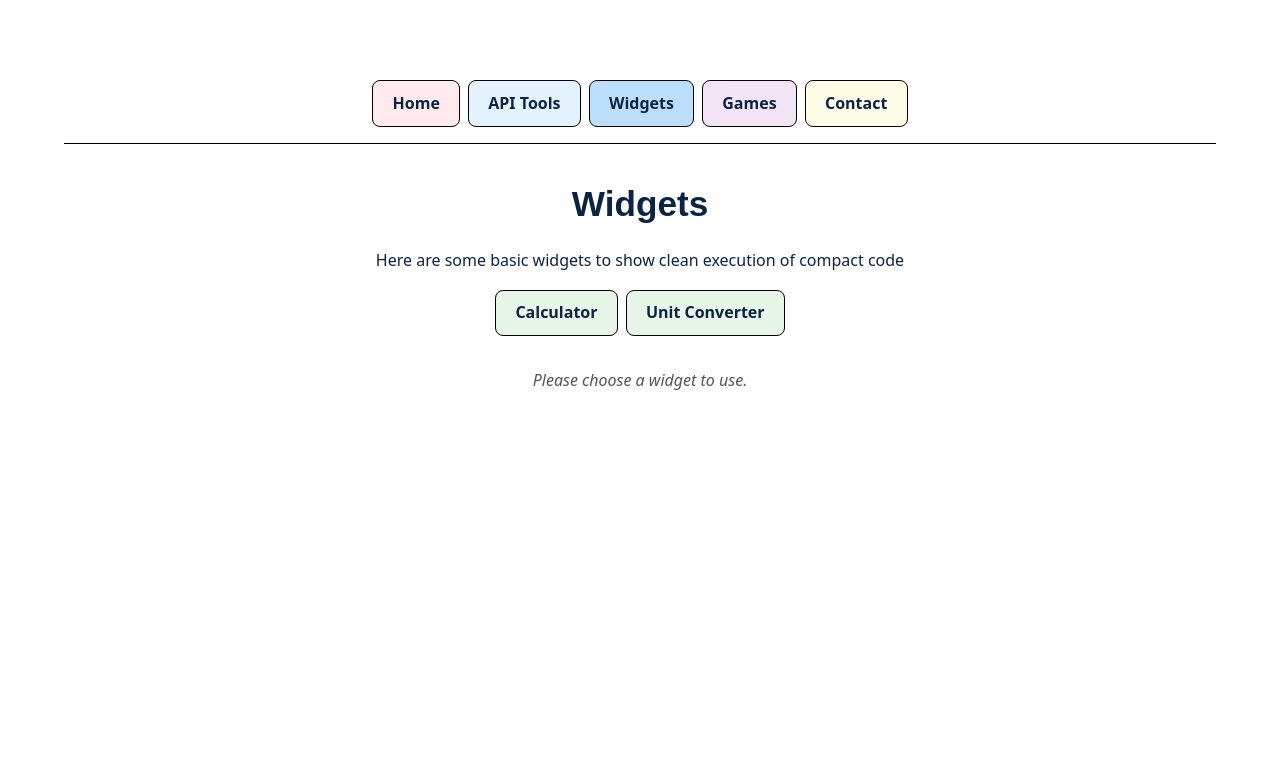
Repository: ourshadetree/TimPortfolio
Page: /widgets
These files come from the project's save history. The page is drawn as it stood at one moment and after the next save; the edit follows.
The browser window is 1280 px wide. The pictures show the whole page.
The project was rebuilt for these pictures with package versions that can differ from the ones it lists, and the page was loaded fresh each time. Also part of the build but not shown: vite.config.js, src/views/HomeView.vue, src/components/MovieApi.vue, src/components/WeatherApi.vue, src/views/ApiTools.vue, src/components/Calculator.vue, src/components/UnitConverter.vue, src/components/RockPaperScissors.vue and 3 more. Imported but missing from the stored project, and not drawn on this page: src/assets/CurrentResumeTimSB.pdf.

Above is the page before, as saved 2025-05-07 14:43:16.

After the next save:
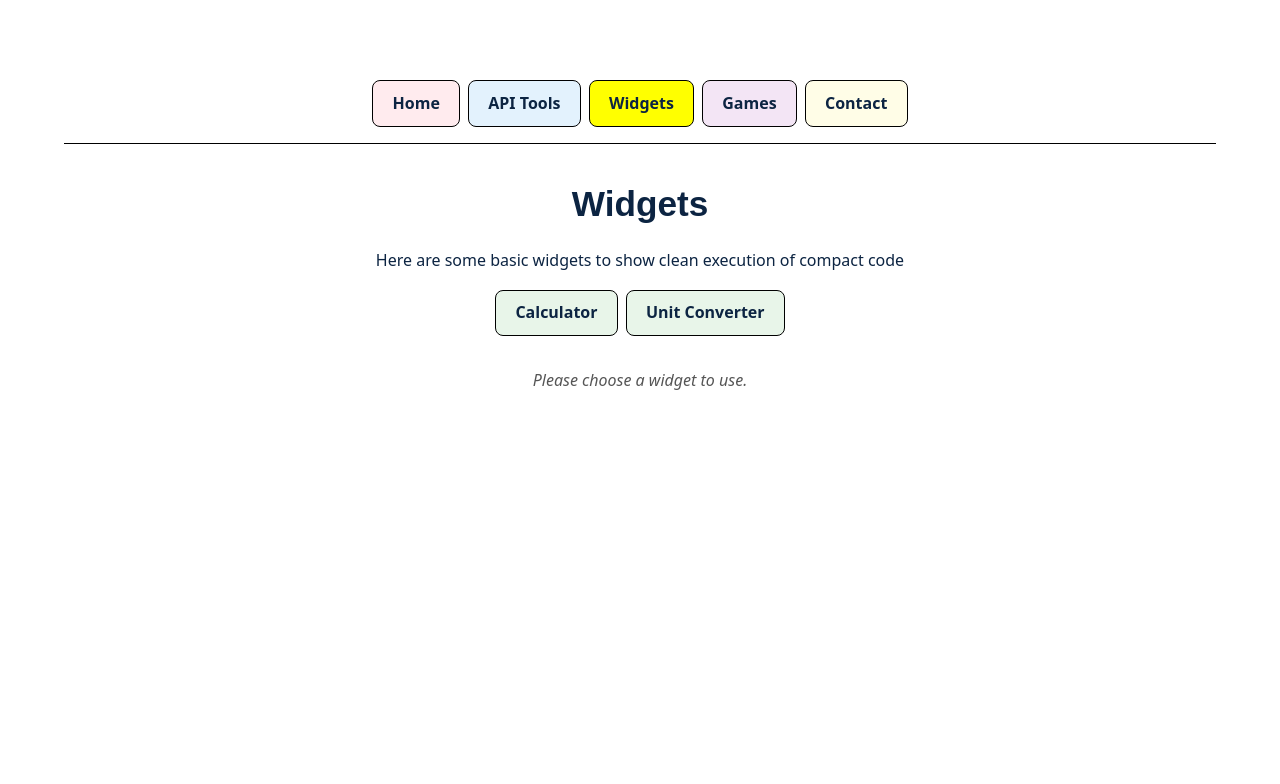
Saved 3 min 48 s later.
--- a/src/assets/style.css
+++ b/src/assets/style.css
@@ -83,7 +83,7 @@ nav {
 /* Active tab override */
 .router-link-active {
   /* pastel‑blue highlight for whichever is active */
-  background: #BBDEFB !important;
+  background: yellow !important;
 }
 
 /* 5) -------- Buttons & Links -------- */

After the 5 saves that followed:
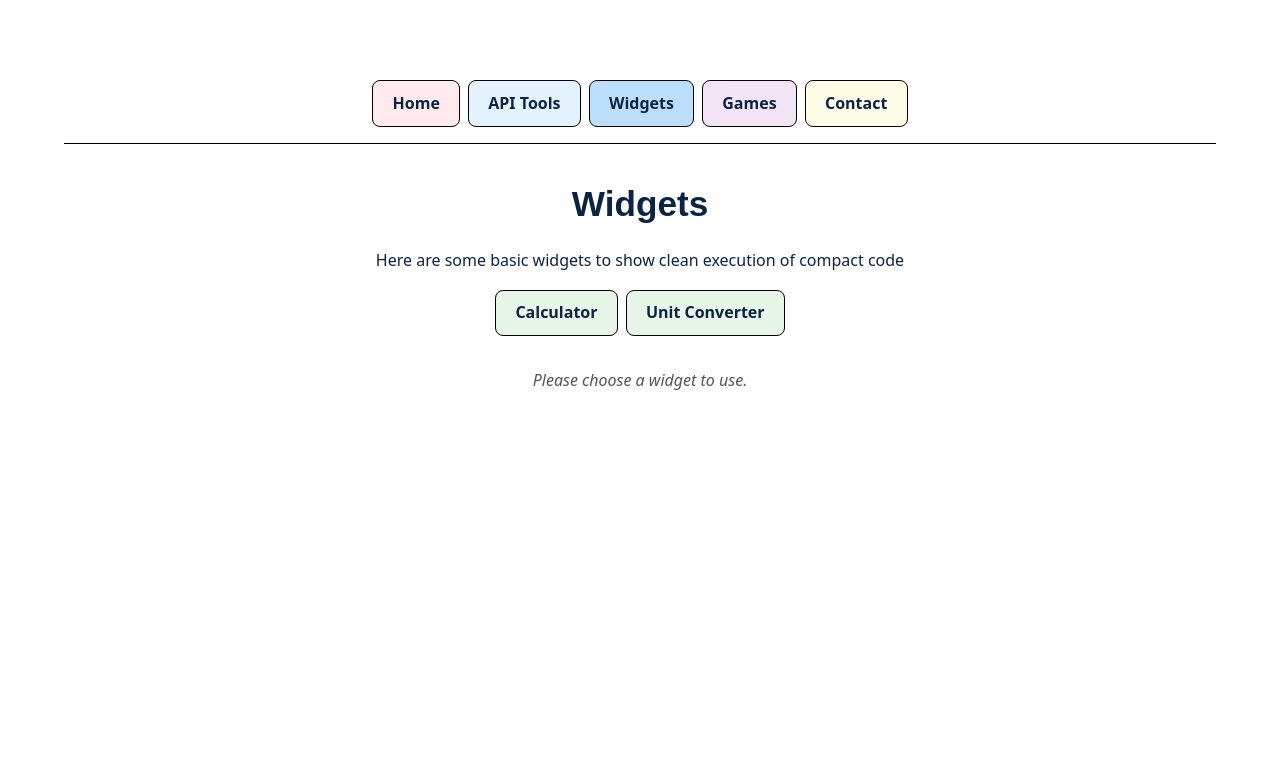
The 5 saves are shown as one change because 4 left the picture as it was.
The last was saved 5 min 27 s later.
--- a/src/App.vue
+++ b/src/App.vue
@@ -1,27 +1,49 @@
-<!-- src/App.vue -->
 <template>
   <div id="app">
     <header>
       <nav>
-        <router-link to="/"       class="tab tab--home">Home</router-link>
-        <router-link to="/api-tools" class="tab tab--api">API Tools</router-link>
-        <router-link to="/widgets"   class="tab tab--widgets">Widgets</router-link>
-        <router-link to="/games"     class="tab tab--games">Games</router-link>
-        <router-link to="/contact"   class="tab tab--contact">Contact</router-link>
+        <router-link
+          to="/"
+          class="tab tab--home"
+          exact-active-class="router-link-active"
+        >Home</router-link>
+
+        <router-link
+          to="/api-tools"
+          class="tab tab--api"
+          active-class="router-link-active"
+        >API Tools</router-link>
+
+        <router-link
+          to="/widgets"
+          class="tab tab--widgets"
+          active-class="router-link-active"
+        >Widgets</router-link>
+
+        <router-link
+          to="/games"
+          class="tab tab--games"
+          active-class="router-link-active"
+        >Games</router-link>
+
+        <router-link
+          to="/contact"
+          class="tab tab--contact"
+          active-class="router-link-active"
+        >Contact</router-link>
       </nav>
     </header>
     <main>
-      <router-view/>
+      <router-view />
     </main>
   </div>
 </template>
 
-
 <script setup>
-// no script needed here yet
+// no script needed here
 </script>
 
-<style>
+<style scoped>
 #app {
   background: white;
   min-height: 100vh;
@@ -36,18 +58,21 @@ header {
 nav {
   display: inline-flex;
   gap: 0.5rem;
+  flex-wrap: wrap;
+  justify-content: center;
 }
 nav a {
   padding: 0.5rem 1rem;
   border: 1px solid black;
   border-radius: 8px;
-  background: #FDEFF9; /* pastel pink */
   color: #0C2442;
   text-decoration: none;
   font-weight: bold;
 }
+
+/* Highlight active tab using Vue Router class */
 nav a.router-link-active {
-  background: yellow; /* pastel blue when active */
+  background: #BBDEFB !important;
 }
 
 /* base tab style */
@@ -58,17 +83,16 @@ nav a.router-link-active {
   text-decoration: none;
   font-weight: bold;
   color: #0C2442;
-  transition: opacity .2s;
+  transition: opacity 0.2s;
 }
 .tab:hover {
   opacity: 0.8;
 }
 
 /* pastel colours for each */
-.tab--home     { background: #FFEBEE; } /* very light pink */
-.tab--api      { background: #E3F2FD; } /* very light blue */
-.tab--widgets  { background: #E8F5E9; } /* very light green */
-.tab--games    { background: #F3E5F5; } /* very light purple */
-.tab--contact  { background: #FFFDE7; } /* very light yellow */
-
+.tab--home     { background: #FFEBEE; }
+.tab--api      { background: #E3F2FD; }
+.tab--widgets  { background: #E8F5E9; }
+.tab--games    { background: #F3E5F5; }
+.tab--contact  { background: #FFFDE7; }
 </style>
